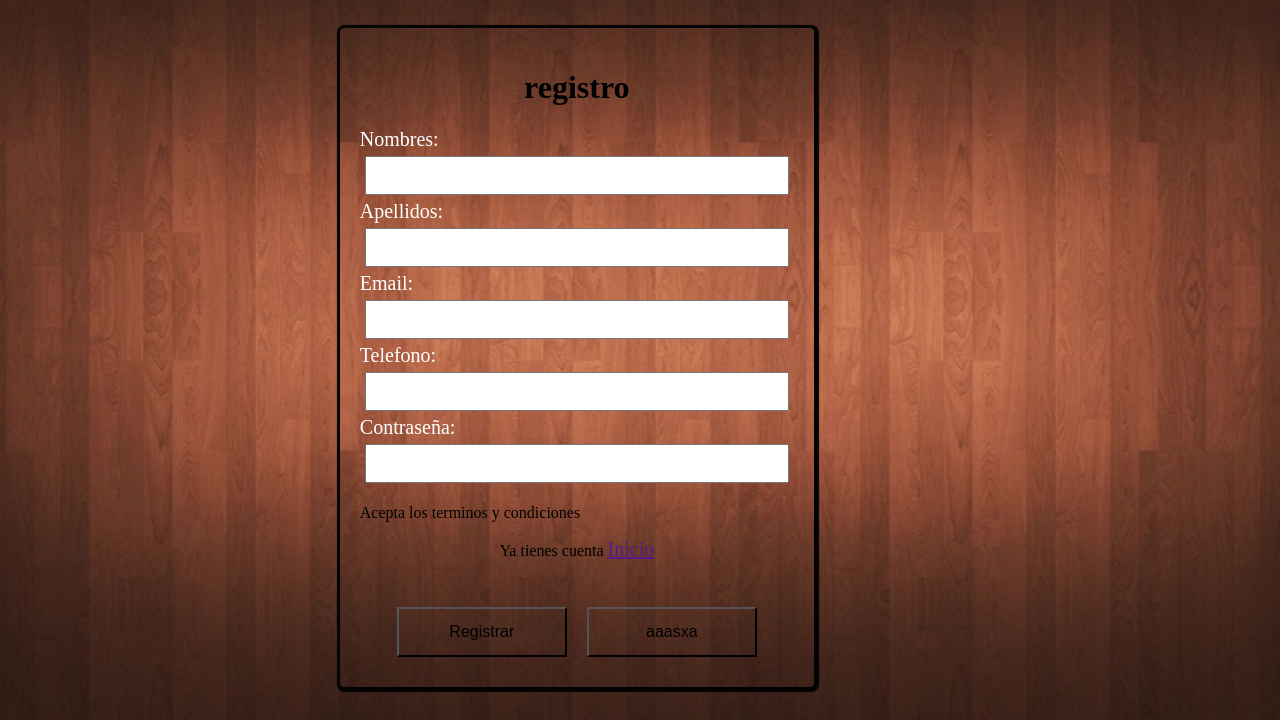
Repository: ye909/aplicacion_restaurante
Page: public/templeis/registro.html
These files come from the project's save history. The page is drawn as it stood at one moment and after the next save; the edit follows.
The browser window is 1280 px wide. The pictures show the whole page.

Above is the page before, as saved 2024-11-12 22:01:40.

### public/templeis/registro.html
<!DOCTYPE html>
<html lang="en">
<head>
    <meta charset="UTF-8">
    <meta name="viewport" content="width=device-width, initial-scale=1.0">
    <link rel="stylesheet" href="../css/registro.css">
    <title>Document</title>
</head>
<body>

    <div class="container_registro">

        <form action="" method="post">
            <h1>registro</h1>
            <label for="nombres">Nombres:</label><br>
            <input type="text" id="nombres" name="nombres" required>
            <br>
            <label for="apellidos">Apellidos:</label><br>
            <input type="text" id="apellidos" name="apellidos" required>
            <br>
            <label for="email">Email:</label><br>
            <input type="email" id="email" name="email" >
            <br>
            <label for="number">Telefono:</label><br>
            <input type="number" id="telefono" name="telefono" >
            <br>
            <label for="password">Contraseña:</label><br>
            <input type="password" id="password" name="password">
            <div class="container_terminos">
                <!-- <div><input type="checkbox"></div>  -->
                <div><p>Acepta los terminos y condiciones</p></div>
             </div>
           <div class="container_inicio"> Ya tienes cuenta <a href="">Inicio</a></div>
            <br><br>
            <div class="container_btn">
                <button>Registrar</button>
                <button>aaasxa</button>
            </div>
        </form>
    </div>
</body>
</html>

### public/css/registro.css

body{

    background-image: url(../imagen/fondo_card.jpg);
    background-attachment: fixed;
    background-size:cover;
    background-repeat:no-repeat;
    background-size: 100% 100%;
}
h1,.container_inicio{
    text-align: center;
}
.container_registro{
    width: 90%;
    display: flex;
    justify-content: center;
    align-items:center;
}
form{
margin: 20px;
    padding: 20px;

  box-shadow: rgb(3, 3, 4) 1px 1px 1px 4px   ;
 border-radius: 4px;
}
label{
    color:white;
    font-size: 20px;
}
.container_btn{
    display: flex;
    justify-content: center;
    align-items: center;

}
button{
    width: 170px;
    height: 50px;
    margin: 10px;
    background:transparent;
    font-size: 16px;


}
button:hover{
    color:white;
    background:rgba(14, 13, 13,0.4);
    border-radius:10px;
    transition: 2s;
}
input{
    padding: 10px;
    width: 400px;
    margin: 5px;
}
a{
   font-size: 20px;
}
/*
label{
    font-size: 20px;

}

:is(button){
    padding: 6px;
    width: 160px;
    margin: 10px;
}
.checkbox{
    display: flex;
} */

After the next save:
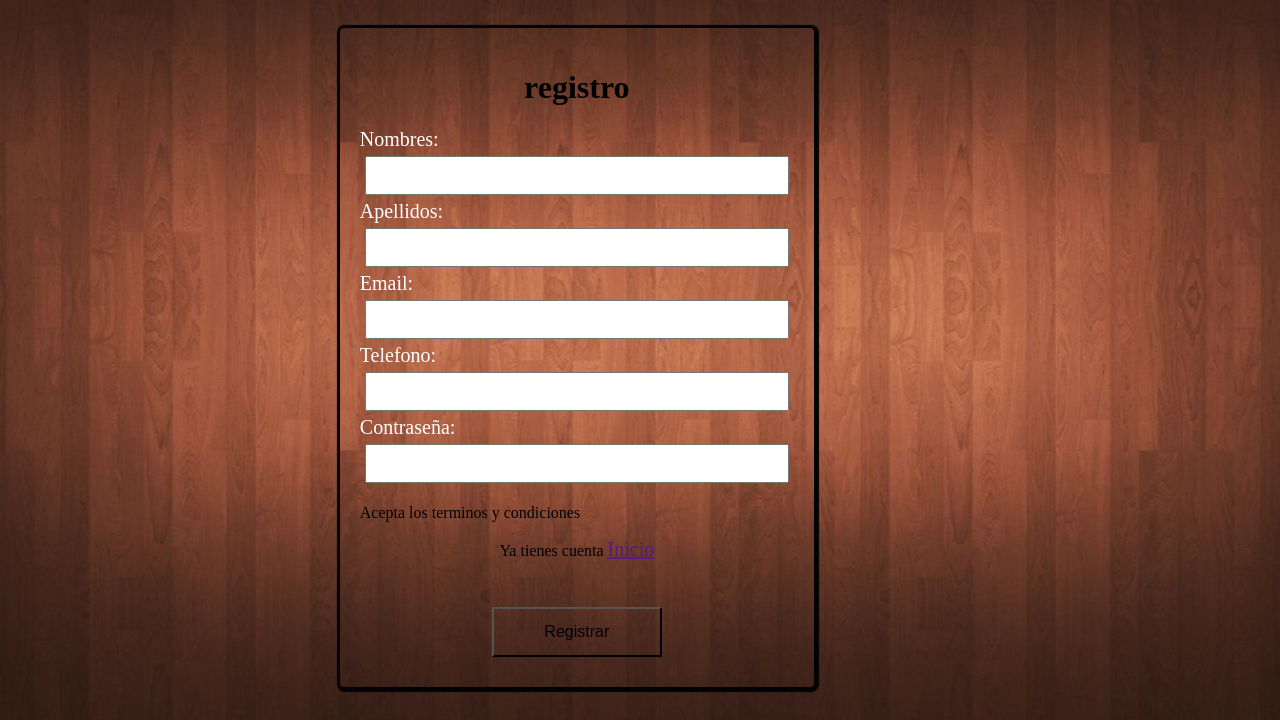
Saved 96 s later.
--- a/public/templeis/registro.html
+++ b/public/templeis/registro.html
@@ -34,7 +34,7 @@
             <br><br>
             <div class="container_btn">
                 <button>Registrar</button>
-                <button>aaasxa</button>
+
             </div>
         </form>
     </div>
